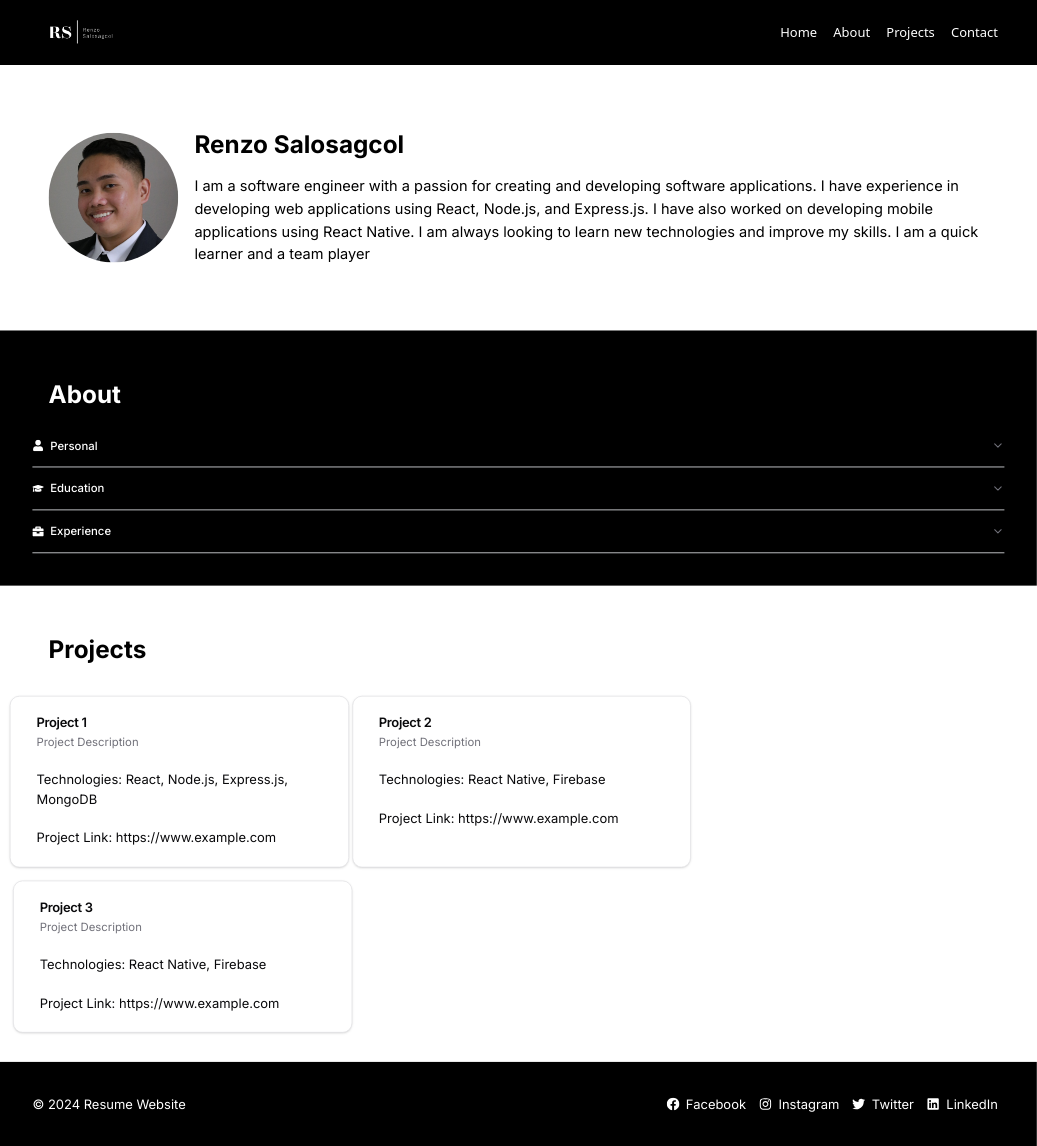
Repository: Renzo-Salosagcol/Portfolio-Website
Page: / (app in resume_website/)
The author's editor kept a copy of each file at every save. The page is drawn from the files as they stood at one save, then again after the next save.
The browser window is 1280 px wide. The pictures show the whole page, at 81% of full size.
The project was rebuilt for these pictures with package versions that can differ from the ones it lists, and the page was loaded fresh each time. Also part of the build but not shown: resume_website/vite.config.js.

Above is the page before, as saved 2024-12-11 17:00:03.

After the next save:
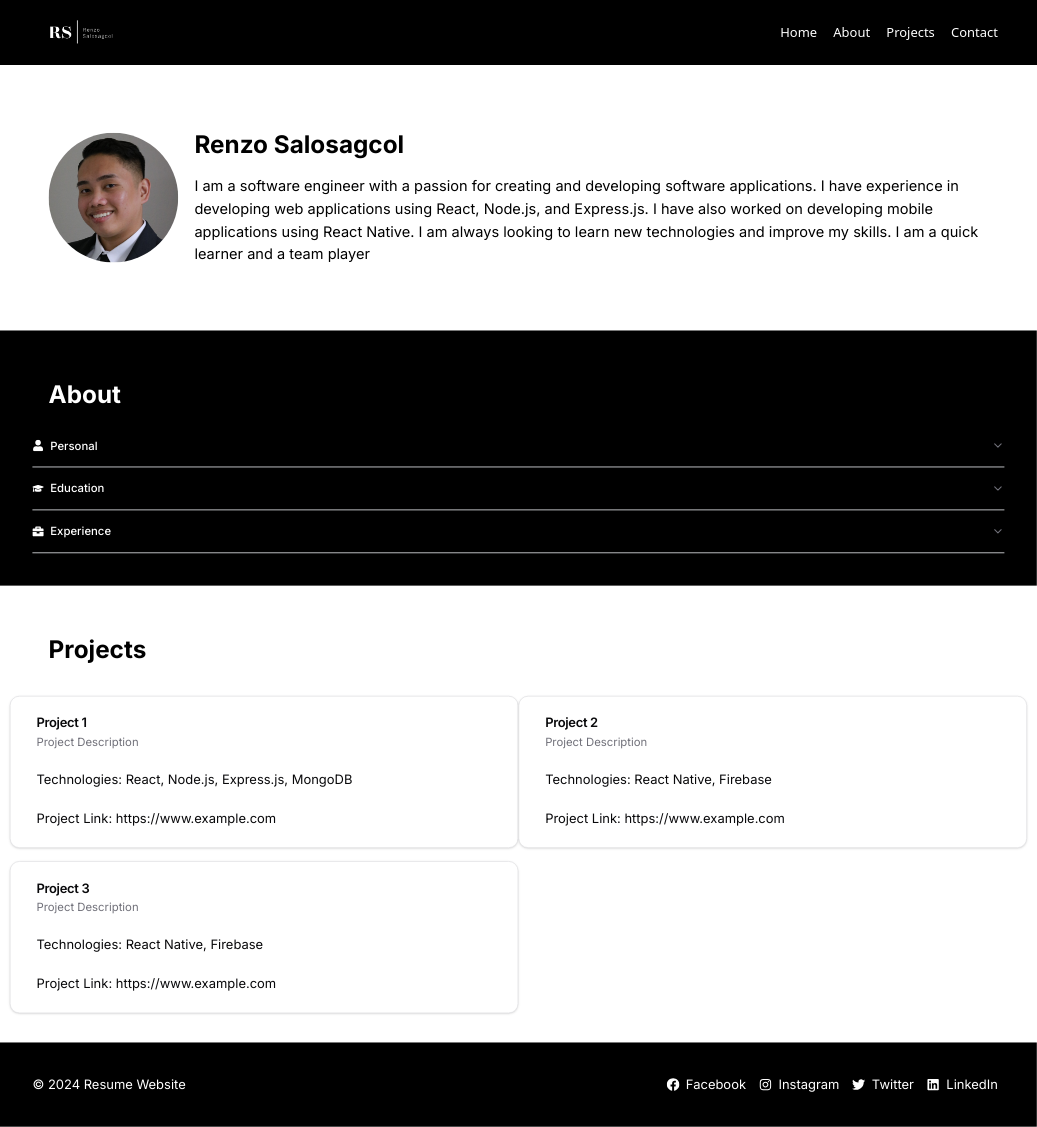
Saved 117 s later.
--- a/resume_website/src/components/projects.jsx
+++ b/resume_website/src/components/projects.jsx
@@ -12,7 +12,7 @@ const Projects = () => {
     <div className="p-5">
       <h1 className="text-3xl font-bold p-10">Projects</h1>
       <div className="flex flex-col md:flex-row md:flex-wrap md:-mx-2">
-        <Card className="mb-4 md:w-1/2 lg:w-1/3 md:px-2">
+        <Card className="mb-4 w-full md:w-1/2 md:px-2">
           <CardHeader>
             <CardTitle>Project 1</CardTitle>
             <CardDescription>Project Description</CardDescription>
@@ -24,7 +24,7 @@ const Projects = () => {
             <p>Project Link: <a href="https://www.example.com">https://www.example.com</a></p>
           </CardFooter>
         </Card>
-        <Card className="mb-4 md:w-1/2 lg:w-1/3 md:px-2 ml-1">
+        <Card className="mb-4 w-full md:w-1/2 md:px-2">
           <CardHeader>
             <CardTitle>Project 2</CardTitle>
             <CardDescription>Project Description</CardDescription>
@@ -36,7 +36,7 @@ const Projects = () => {
             <p>Project Link: <a href="https://www.example.com">https://www.example.com</a></p>
           </CardFooter>
         </Card>
-        <Card className="mb-4 md:w-1/2 lg:w-1/3 md:px-2 ml-1">
+        <Card className="mb-4 w-full md:w-1/2 md:px-2">
           <CardHeader>
             <CardTitle>Project 3</CardTitle>
             <CardDescription>Project Description</CardDescription>
